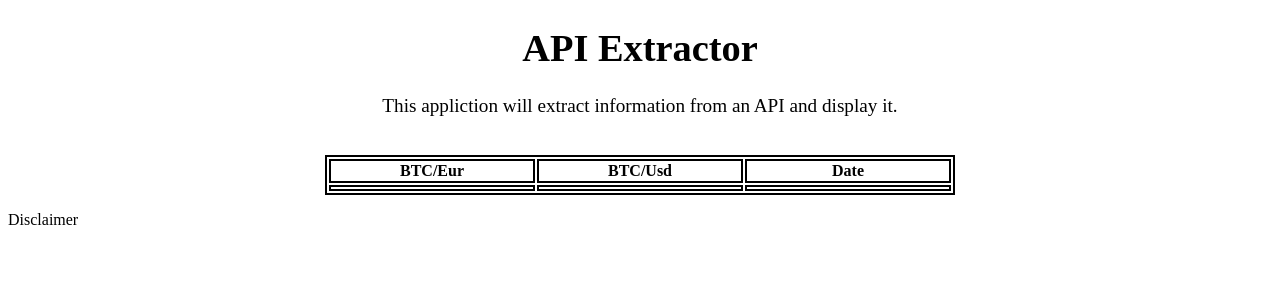
Repository: vxyux/api-extraction
Page: index.html
An editor plug-in stored every save of this project. The page is shown before and after a run of saves, followed by the edit.
The browser window is 1280 px wide. The pictures show the whole page.
The page's requests for data from a server got no answer.

Above is the page before, as saved 2023-09-05 10:51:41.

### index.html
<!DOCTYPE html>
<html lang="en">
<head>
  <meta charset="UTF-8">
  <meta name="viewport" content="width=device-width, initial-scale=1.0">
  <title>Document</title>
  <link rel="stylesheet" href="stylesheet.css">
  <script src="app.js"></script>
</head>
<body>
  <div class="center">
    <h1>API Extractor</h1>
    <p>This appliction will extract information from an API and display it.</p>
  </div>

  <img src="" id="loading" alt="">

  <table>
  <tr>
    <th>BTC/Eur</th>
    <th>BTC/Usd</th>
    <th>Date</th>
  </tr>
  <tr>
      <td><div class="center" id="rate-eur"></div></td>
      <td><div class="center" id="rate-usd"></div></td>
      <td><div class="center" id="date"></div></td>
    </div>
  </tr>
</table>

<p>Disclaimer</p>
</body>
</html>

### stylesheet.css
.center {
  text-align: center;
  font-size: 120%;
}

table, th, td
{
  border: 1px solid black;
  border-width: 2px;
  margin-left: auto;
  margin-right: auto;
  min-width: 200px;
}

@media screen and (min-width: 600px) {
  table {
    max-width: 10px;
  }
}

### app.js
const api_url = 'https://api.coindesk.com/v1/bpi/currentprice.json';

// return a promise - execute the rest while loading this function
async function getapi(url) {

  const response = await fetch(url);
  var data = await response.json();

  console.log(data);

  if (response) {
    hideloader();
  }
  show(data);
}

getapi(api_url);

function hideloader() {
  document.getElementById('loading').style.display = 'none';
}

function show(data) {
  var rate_eur = data.bpi.EUR.rate;
  var rate_usd = data.bpi.USD.rate;
  var date = data.time.updated;

  document.getElementById('rate-eur').innerHTML =
    '<p>' + rate_eur + '</p>';

  document.getElementById('rate-usd').innerHTML =
    '<p>' + rate_usd + '</p>';

  document.getElementById('date').innerHTML = '<p>' + date + '</p>';
}

After the next 5 saves:
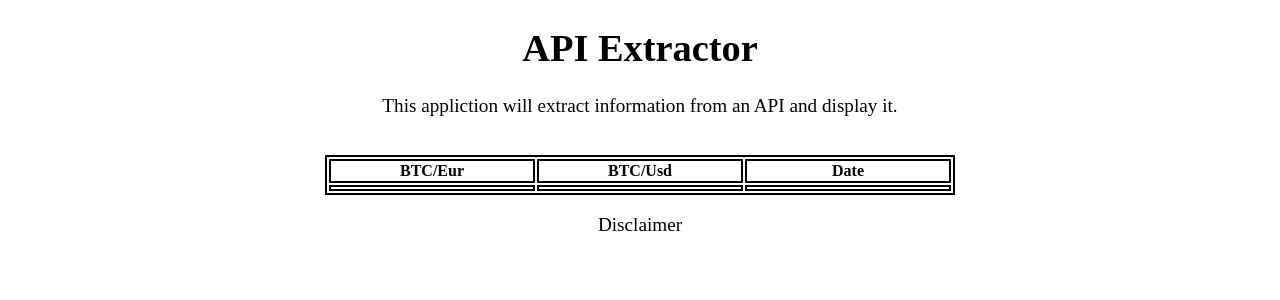
The 5 saves are shown as one change because they came seconds apart.
The last was saved 19 s later.
--- a/index.html
+++ b/index.html
@@ -29,6 +29,8 @@
   </tr>
 </table>
 
-<p>Disclaimer</p>
+  <div class="center">
+    <p>Disclaimer</p>
+  </div>
 </body>
 </html>
